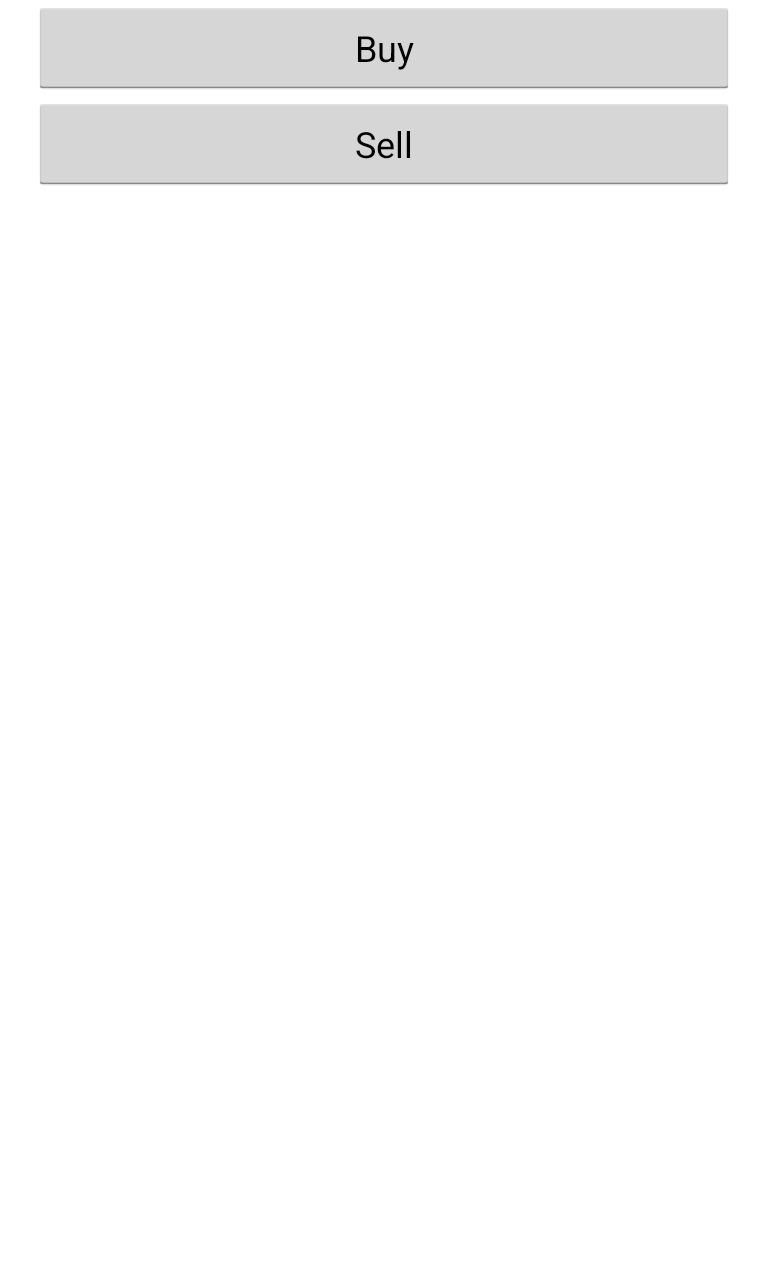
Repository: jxrlee/Swap
Layout: Swap/res/layout/activity_home.xml
The author's editor kept a copy of each file at every save. The layout is drawn from the files as they stood at one save, then again after the next save.
It is drawn on a 768 x 1280 px phone screen (xhdpi) without system bars, with theme AppTheme; the app's code is not run.

Above is the layout before, as saved 2013-01-16 07:43:01.

### Swap/res/layout/activity_home.xml
<LinearLayout xmlns:android="http://schemas.android.com/apk/res/android"
    xmlns:tools="http://schemas.android.com/tools"
    android:layout_width="match_parent"
    android:layout_height="match_parent"
    android:paddingLeft="16dp"
    android:paddingRight="16dp"
    android:orientation="vertical"
    tools:context=".HomeActivity" >

    <Button
        android:layout_width="fill_parent"
        android:layout_height="wrap_content"
        android:text="@string/button_buy" />

    <Button
        android:layout_width="fill_parent"
        android:layout_height="wrap_content"
        android:text="@string/button_sell" />

</LinearLayout>

### Swap/res/drawable/selectable_item_background_stylingactionbar.xml
<?xml version="1.0" encoding="utf-8"?>
<selector xmlns:android="http://schemas.android.com/apk/res/android">
    <item android:state_pressed="false"
        android:state_focused="true"
        android:drawable="@drawable/list_focused_swap" />
    <item android:state_pressed="true"
        android:drawable="@drawable/pressed_background_stylingactionbar" />
    <item android:drawable="@android:color/transparent" />
</selector>

### Swap/res/drawable/pressed_background_stylingactionbar.xml
<?xml version="1.0" encoding="utf-8"?>
<shape xmlns:android="http://schemas.android.com/apk/res/android"
    android:shape="rectangle">
    <solid android:color="@color/swapred4" />
</shape>

### Swap/res/values/colors.xml
<?xml version="1.0" encoding="utf-8"?>
<resources>
    <color name="red">#CC0000</color>
    <color name="swapred">#94493D</color>
    <color name="swapred2">#b35749</color>
    <color name="swapred3">#1094493D</color>
    <color name="swapred4">#6694493D</color>
    <color name="yellow">#EBE54D</color>
    <color name="green">#36780f</color>
    <color name="lightgray">#CCCCCC</color>
    <color name="tlightgray">#DDDDDD</color>
    <color name="gray">#888888</color>
    <color name="black">#444444</color>
    <color name="white">#FFFFFF</color>

</resources>

### Swap/res/drawable/selectable_background_stylingactionbar.xml
<?xml version="1.0" encoding="utf-8"?>
<selector xmlns:android="http://schemas.android.com/apk/res/android"
    android:exitFadeDuration="@android:integer/config_mediumAnimTime" >

	<!--
	<item android:state_pressed="false"
		android:state_focused="true"
		android:drawable="@drawable/list_focused_stylingactionbar" />
	<item android:state_pressed="true"
		android:drawable="@drawable/pressed_background_stylingactionbar" />
	<item name="android:selectableItemBackground">@android:color/transparent</item>
	-->

	<item android:state_pressed="false"
		android:state_focused="true"
		android:drawable="@drawable/list_focused_swap" />
	<item android:state_pressed="true"
		android:drawable="@drawable/pressed_background_stylingactionbar" />
	<item android:drawable="@android:color/transparent" />

</selector>

### Swap/res/drawable/tab_indicator_ab_stylingactionbar.xml
<?xml version="1.0" encoding="utf-8"?>
<!-- File created by the Android Action Bar Style Generator

     Copyright (C) 2012 readyState Software Ltd

     Licensed under the Apache License, Version 2.0 (the "License");
     you may not use this file except in compliance with the License.
     You may obtain a copy of the License at

          http://www.apache.org/licenses/LICENSE-2.0

     Unless required by applicable law or agreed to in writing, software
     distributed under the License is distributed on an "AS IS" BASIS,
     WITHOUT WARRANTIES OR CONDITIONS OF ANY KIND, either express or implied.
     See the License for the specific language governing permissions and
     limitations under the License.
-->

<selector xmlns:android="http://schemas.android.com/apk/res/android">
    <!-- Non focused states -->
    <item android:state_focused="false" android:state_selected="false" android:state_pressed="false" android:drawable="@android:color/transparent" />
    <item android:state_focused="false" android:state_selected="true"  android:state_pressed="false" android:drawable="@drawable/tab_selected_swap" />

    <!-- Focused states -->
    <item android:state_focused="true" android:state_selected="false" android:state_pressed="false" android:drawable="@drawable/tab_unselected_focused_swap" />
    <item android:state_focused="true" android:state_selected="true"  android:state_pressed="false" android:drawable="@drawable/tab_selected_focused_swap" />

    <!-- Pressed -->
    <!--    Non focused states -->
    <item android:state_focused="false" android:state_selected="false" android:state_pressed="true" android:drawable="@drawable/tab_unselected_pressed_swap" />
    <item android:state_focused="false" android:state_selected="true"  android:state_pressed="true" android:drawable="@drawable/tab_selected_pressed_swap" />

    <!--    Focused states -->
    <item android:state_focused="true" android:state_selected="false" android:state_pressed="true" android:drawable="@drawable/tab_unselected_pressed_swap" />
    <item android:state_focused="true" android:state_selected="true"  android:state_pressed="true" android:drawable="@drawable/tab_selected_pressed_swap" />
</selector>

### Swap/res/values/strings.xml
<?xml version="1.0" encoding="utf-8"?>
<resources>

    <string name="app_name">Swap</string>
    <string name="menu_settings">Settings</string>
    <string name="button_buy">Buy</string>
    <string name="button_sell">Sell</string>

</resources>

Loaded but not shown: Swap/res/values/styles.xml (common file); Swap/res/values-v11/styles.xml (common file); Swap/res/values-v14/styles.xml (common file)

After the next save:
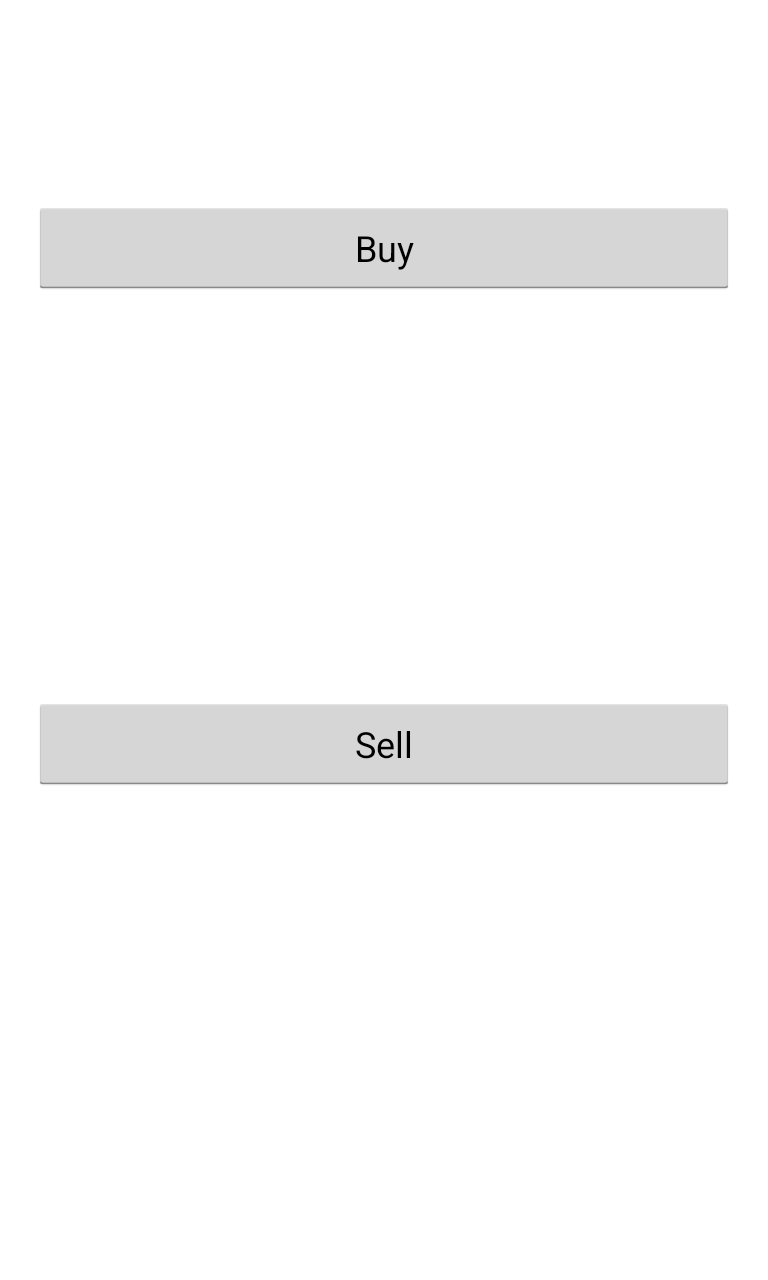
Saved 4 min 21 s later.
--- a/Swap/res/layout/activity_home.xml
+++ b/Swap/res/layout/activity_home.xml
@@ -10,11 +10,15 @@
     <Button
         android:layout_width="fill_parent"
         android:layout_height="wrap_content"
+        android:layout_marginTop="100"
+        android:layout_marginBottom="100"
         android:text="@string/button_buy" />
 
     <Button
         android:layout_width="fill_parent"
         android:layout_height="wrap_content"
+        android:layout_marginTop="100"
+        android:layout_marginBottom="100"
         android:text="@string/button_sell" />
 
 </LinearLayout>
